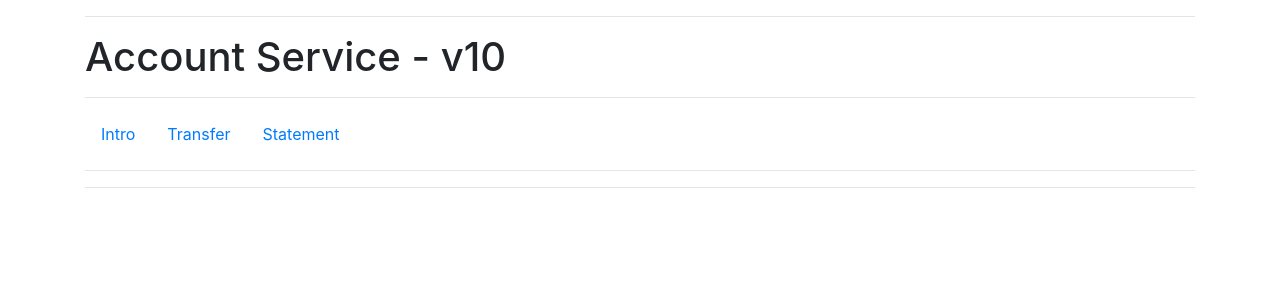
Repository: materasu/Spring-Training
Page: Account_Kiran/src/main/webapp/index.html
These files come from the project's save history. The page is drawn as it stood at one moment and after the next save; the edit follows.
The browser window is 1280 px wide. The pictures show the whole page.

Above is the page before, as saved 2019-06-29 10:08:41.

### Account_Kiran/src/main/webapp/index.html
<!DOCTYPE html>
<html>
<head>
<meta charset="UTF-8">
<title>account service</title>
<link href="css/bootstrap.css" rel="stylesheet">
</head>
<body class="container">
	<hr />
	<h1>Account Service - v10</h1>
	<hr />
	<ul class="nav nav-pills">
		<li class="nav-item"><a class="nav-link" href="intro.htm">Intro</a></li>
		<li class="nav-item"><a class="nav-link" href="txr.htm">Transfer</a></li>
		<li class="nav-item"><a class="nav-link" href="statement.htm">Statement</a></li>
	</ul>
	<hr /><hr />

</body>
</html>

Loaded but not shown: Account_Kiran/src/main/webapp/css/bootstrap.css (library)

After the next save:
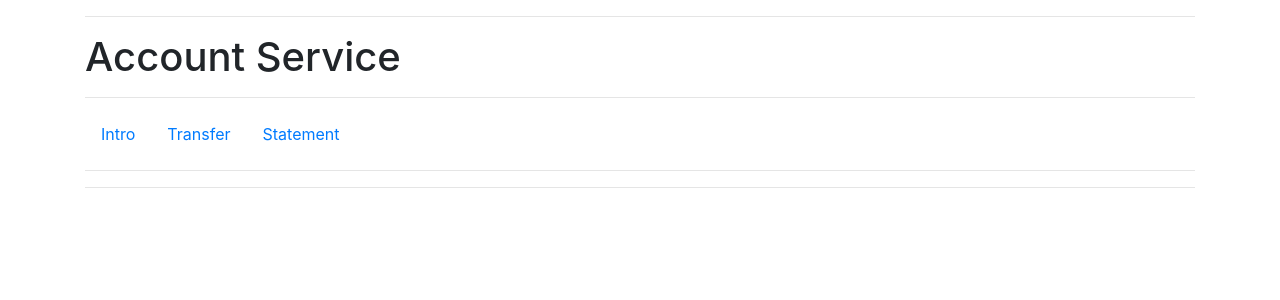
Saved 27 min 25 s later.
--- a/Account_Kiran/src/main/webapp/index.html
+++ b/Account_Kiran/src/main/webapp/index.html
@@ -7,7 +7,7 @@
 </head>
 <body class="container">
 	<hr />
-	<h1>Account Service - v10</h1>
+	<h1>Account Service</h1>
 	<hr />
 	<ul class="nav nav-pills">
 		<li class="nav-item"><a class="nav-link" href="intro.htm">Intro</a></li>
